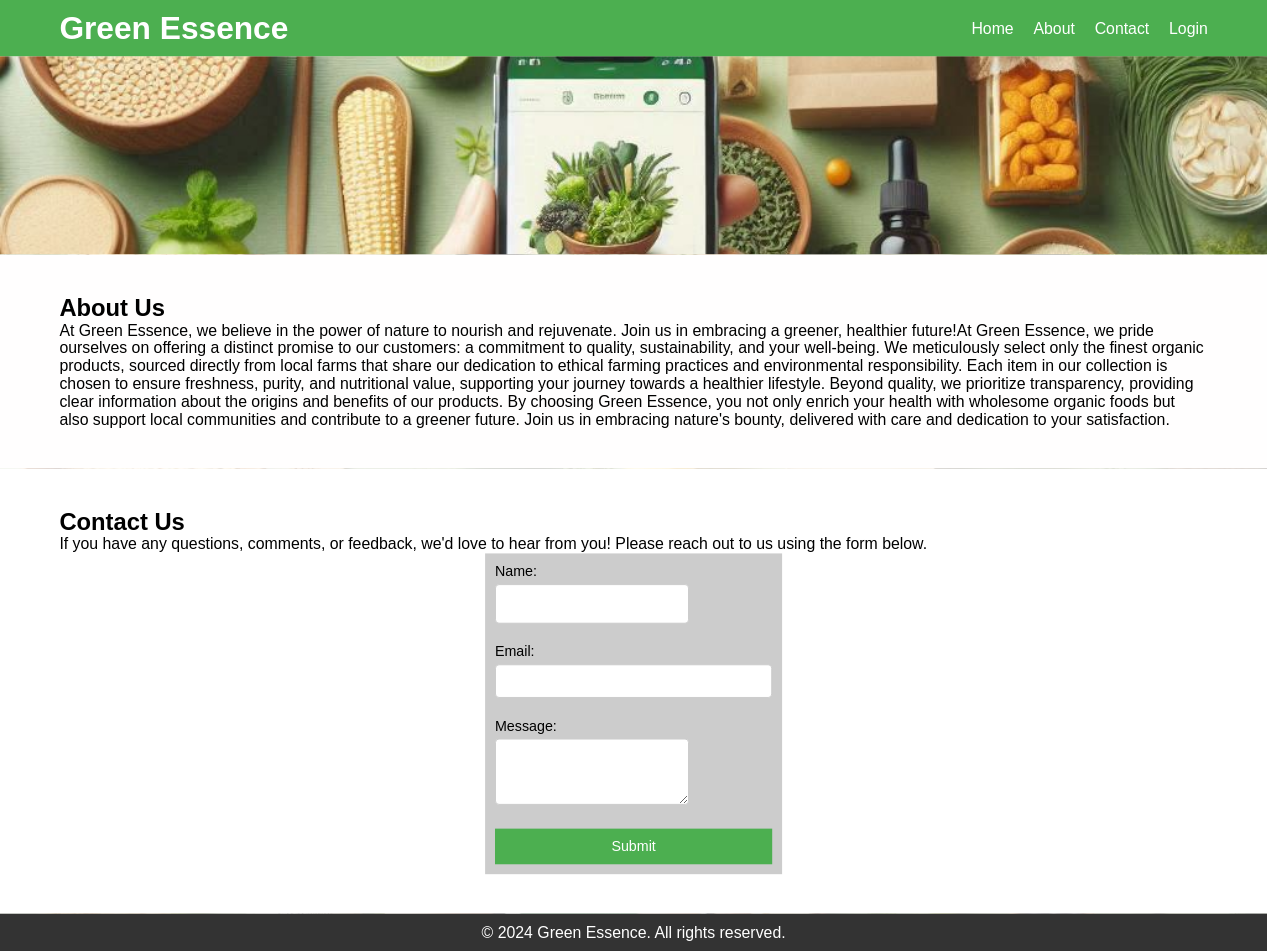
Repository: niki3210/Sahyadri
Page: Projectorganic/index.html
An editor plug-in stored every save of this project. The page is shown before and after the next save, followed by the edit.
The browser window is 1280 px wide. The pictures show the whole page, at 99% of full size.
Backgrounds fixed to the window are drawn as part of the page.

Above is the page before, as saved 2024-06-21 18:36:43.

After the next save:
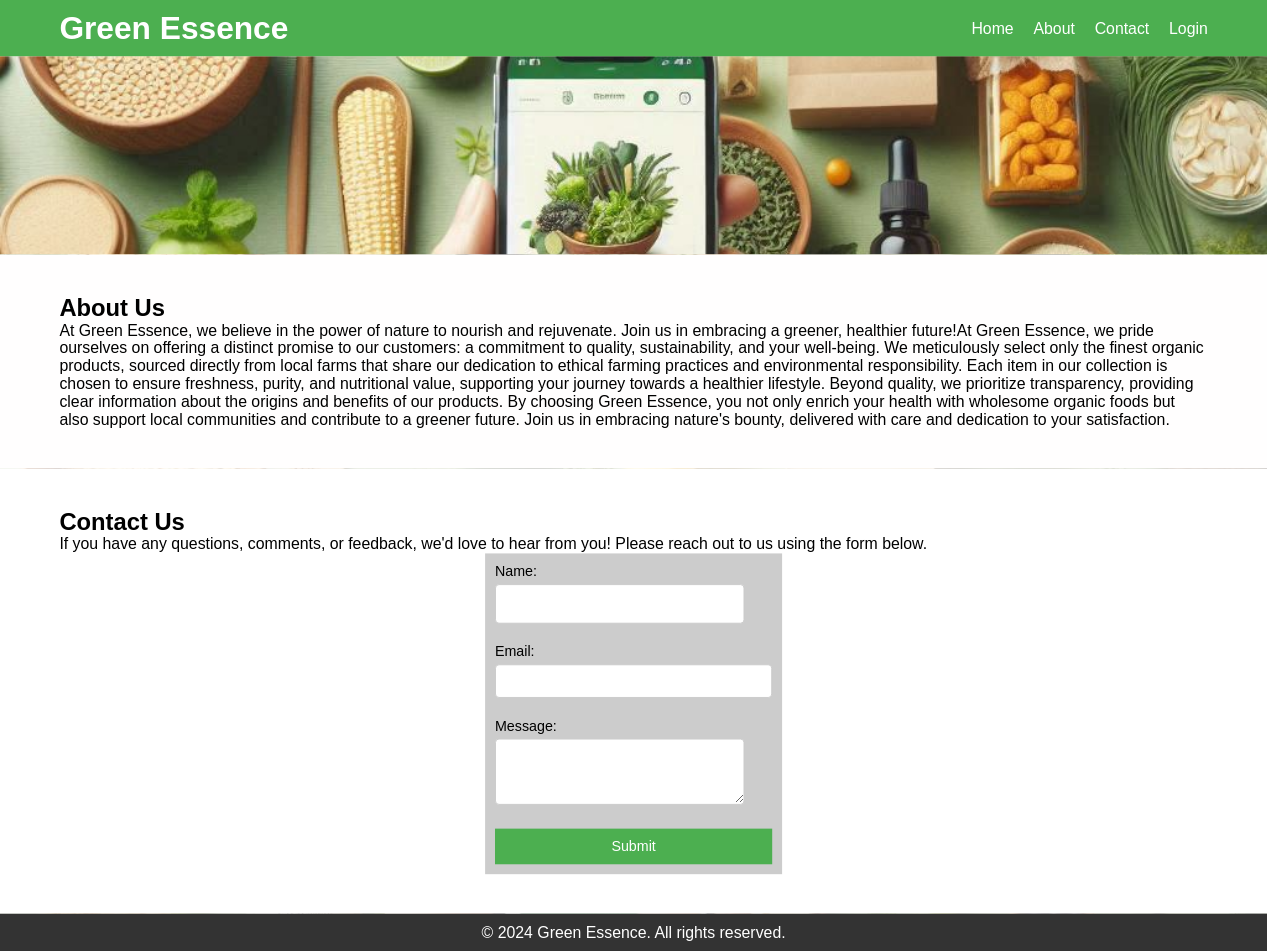
Saved 7 s later.
--- a/Projectorganic/styles.css
+++ b/Projectorganic/styles.css
@@ -121,7 +121,7 @@ label {
 input[type="text"],
 input[type="email"],
 textarea {
-    width: 70%;
+    width: 90%;
     padding: 10px;
     margin-bottom: 10px;
     border: 1px solid #ccc;
